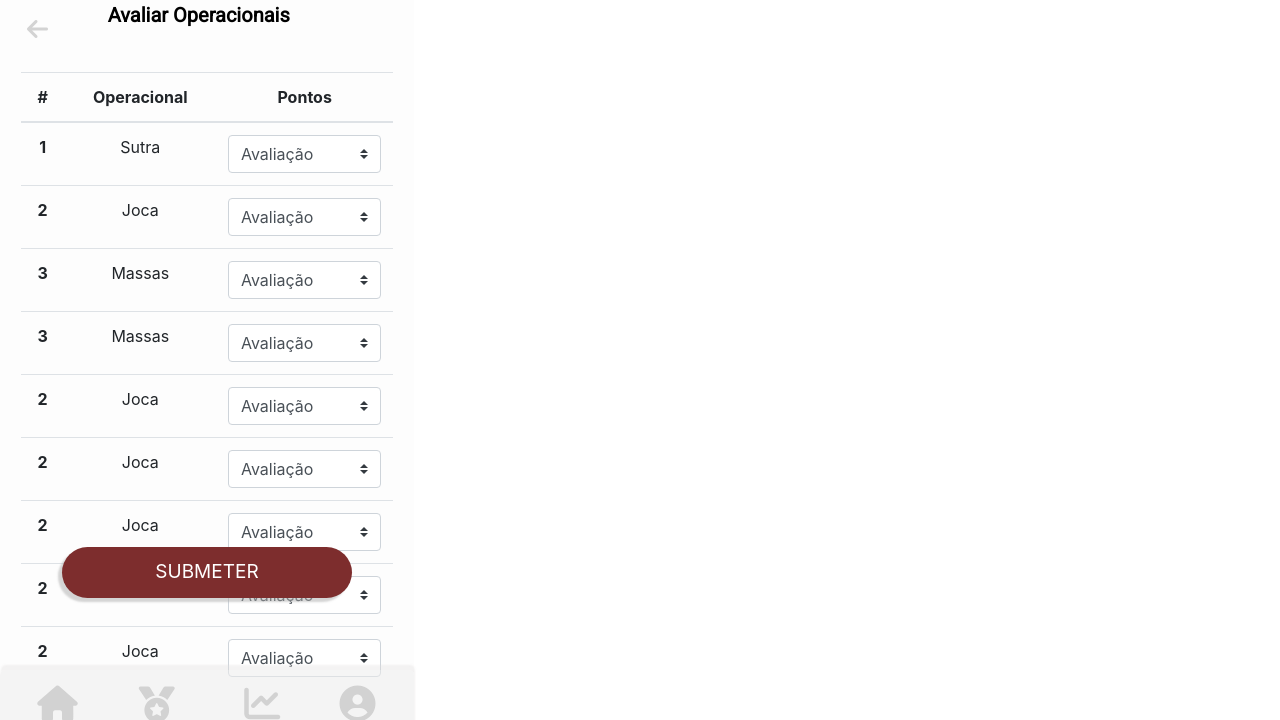
Repository: grupodetrabalhoeficiente/D213
Page: D213/Frontend/AvaliarOperacionais.html
The author's editor kept a record of every edit. The page is drawn from the files as they stood at one moment, then again after the next edit.
The browser window is 1280 px wide. The pictures show the whole page.
Some web libraries are served in a nearby version.

Above is the page before.

After the next edit:
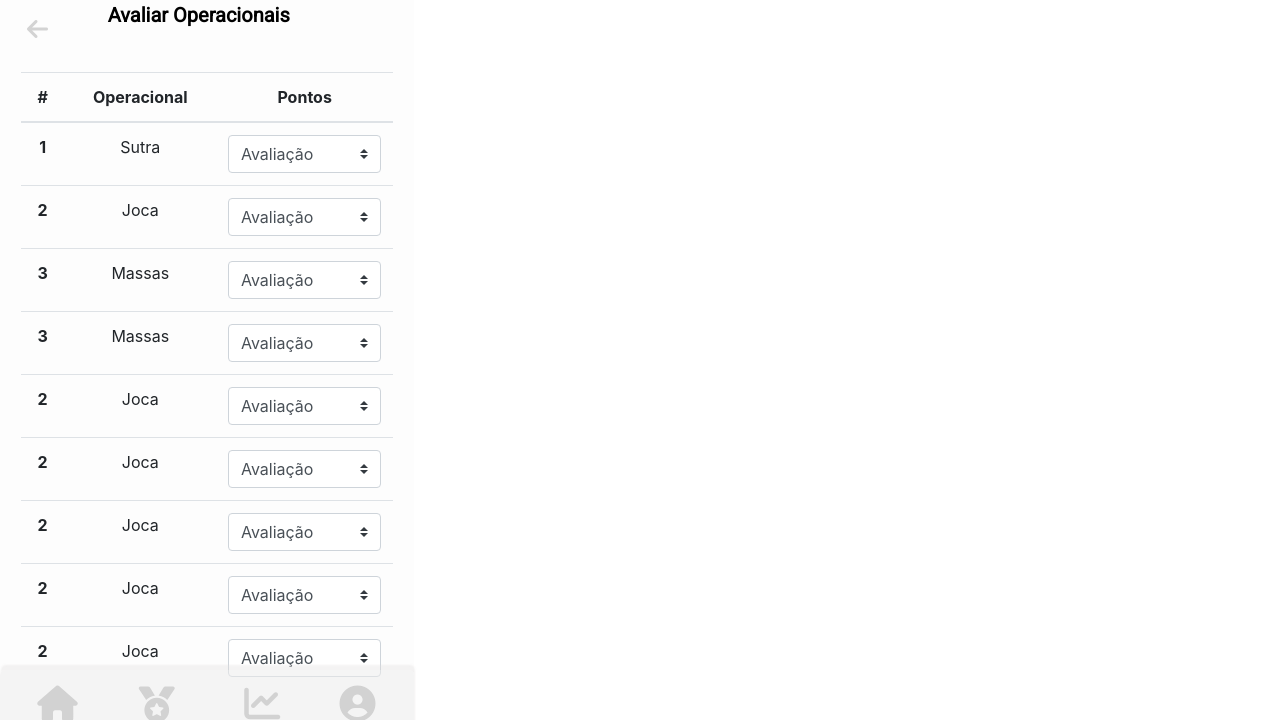
The edit:
--- a/D213/Frontend/AvaliarOperacionais.css
+++ b/D213/Frontend/AvaliarOperacionais.css
@@ -38,7 +38,7 @@
 .AvaliarDiv{
     position: relative;
     width: 90%;
-    height: 6%;
+    height: 70%;
     top: 10%;
     display: block;
     margin-left: auto;
